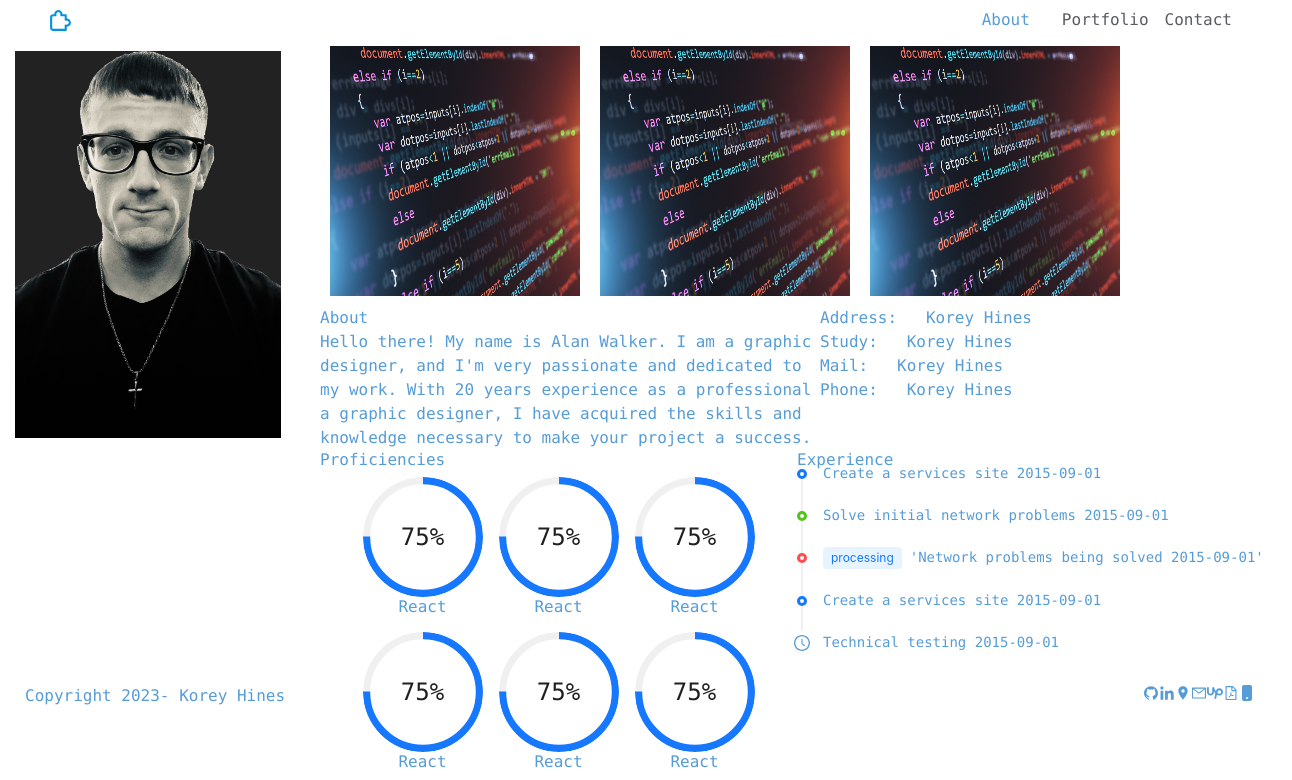
Repository: devkthines/next-portfolio-v2
Page: /about
These files come from the project's save history. The page is drawn as it stood at one moment and after the next save; the edit follows.
The browser window is 1280 px wide. The page is 1292 px wide, so the pictures cover 1292 px, including what lies to the right of the window. The pictures show the whole page.
The project was rebuilt for these pictures with package versions that can differ from the ones it lists, and the page was loaded fresh each time. The framework's server and built-in components were replaced by stand-ins that run in the browser. Also part of the build but not shown: next.config.js.

Above is the page before, as saved 2023-09-25 22:34:39.

### src/app/layout.tsx
import 'bootstrap/dist/css/bootstrap.css';
import './globals.css'
import '../../css/style.css'
import '../../css/mobile.css'
import type { Metadata } from 'next'
import { Inter } from 'next/font/google'
import TopNav from './components/topNav'
import Footer from './components/footer'
import BottomNav from './components/bottomNav'
// Put any other imports below so that CSS from your
// components takes precedence over default styles.
const inter = Inter({ subsets: ['latin'] })

export const metadata: Metadata = {
  title: "&lt;Korey ❤️ Coding/&gt;",
  description: 'Generated by create next app',
  icons: '/puzzle-piece.svg'
}

export default function RootLayout({
  children,
}: {
  children: React.ReactNode
}) {
  return (
    <html lang="en">
      <head>
        <link rel="shortcut icon" href="/puzzle-piece.svg" type="image/x-icon" />
      </head>
      <body className={inter.className}>
        <TopNav />
        {children}
        <Footer />
        <BottomNav />
      </body>
    </html>
  )
}

### src/app/about/page.js
'use client'
import Container from 'react-bootstrap/Container';
import Row from 'react-bootstrap/Row';
import Col from 'react-bootstrap/Col';
import Button from 'react-bootstrap/Button';
import Card from 'react-bootstrap/Card';
import { Progress, Space } from 'antd';
import { ClockCircleOutlined } from '@ant-design/icons';
import { Timeline } from 'antd';
import Image from 'next/image';
import { Descriptions } from 'antd';
import { Divider, Tag } from 'antd'
import { CaretRightOutlined } from '@ant-design/icons'
const items = [
  {
    key: '1',
    label: 'Name',
    children: 'Zhou Maomao',
  },
  {
    key: '2',
    label: 'Telephone',
    children: '209-366-9363',
  },
  {
    key: '3',
    label: 'Study',
    children: 'Software Engineering',
  },
  {
    key: '4',
    label: 'email',
    children: 'dev.kthines@gmail.com',
  },
  {
    key: '5',
    label: 'Address',
    children: 'Lodi, CA',
  },
];




export default function About() {

  return (
    <div id='about'>

      <Row>

        <Col xs={3} id='firstCol' className='d-flex align-items center justify-content-center'>
          <img variant="top" id='aboutImg' src='/images/IMG-update.jpg' /> </Col>
        <Col xs={9}>
          <div>
            <div id='aboutImgs' className='d-flex'>
              <img className='aboutImgs' src="/images/webstorm-vs-vscode.jpeg" alt="" />
              <img className='aboutImgs' src="/images/webstorm-vs-vscode.jpeg" alt="" />
              <img className='aboutImgs' src="/images/webstorm-vs-vscode.jpeg" alt="" />
            </div>
            <div className='d-flex'>
              <div id='abouttext'>
                <span className='spanabout'>About</span>
                <p>Hello there! My name is Alan Walker. I am
                  a graphic designer, and I'm very passionate and dedicated to my work.
                  With 20 years experience as a professional a graphic designer,
                  I have acquired the skills and knowledge necessary to make your project a success.</p>
              </div>
                <ul>
                <li>Address: &nbsp;  Korey Hines</li>
                <li>Study: &nbsp;  Korey Hines</li>
                <li>Mail: &nbsp;  Korey Hines</li>
                <li>Phone: &nbsp;  Korey Hines</li>
                </ul>
            </div>
            <div id='' className='d-flex'>
              <div id='progress'>
                <h1>Proficiencies</h1>
                <div className='d-flex justify-content-center'>
                  <div className='text-center m-2'><Progress strokeLinecap="butt" type="circle" percent={75} /><h6>React</h6></div>
                  <div className='text-center m-2'><Progress strokeLinecap="butt" type="circle" percent={75} /><h6>React</h6></div>
                  <div className='text-center m-2'><Progress strokeLinecap="butt" type="circle" percent={75} /><h6>React</h6></div>
                </div>
                <div className='d-flex justify-content-center'>
                  <div className='text-center m-2'><Progress strokeLinecap="butt" type="circle" percent={75} /><h6>React</h6></div>
                  <div className='text-center m-2'><Progress strokeLinecap="butt" type="circle" percent={75} /><h6>React</h6></div>
                  <div className='text-center m-2'><Progress strokeLinecap="butt" type="circle" percent={75} /><h6>React</h6></div>
                </div>
              </div>
              <div id='timeline'>
                <h1>Experience</h1>
                <Timeline
                  // mode="alternate"
                  items={[
                    {
                      children: 'Create a services site 2015-09-01',
                    },
                    {
                      children: 'Solve initial network problems 2015-09-01',
                      color: 'green',
                    },
                    {
                      color: 'red',
                      children: <><Tag bordered={false} color="processing">
                        processing
                      </Tag>'Network problems being solved 2015-09-01'</>,
                    },
                    {
                      children: 'Create a services site 2015-09-01',
                    },
                    {
                      dot: <ClockCircleOutlined style={{ fontSize: '16px' }} />,
                      children: 'Technical testing 2015-09-01',
                    },
                  ]}
                />
              </div>
              <div>
                </div>
                </div>
           </div>
              </Col>


            </Row>

          </div>
          )
}

### css/style.css
* {
    box-sizing: border-box;
    margin: 0;
    padding: 0;
    font-family: Consolas, "Courier New", monospace;
    /* background-color: #222222; */
    color: #569cd6;

}

body {
    background-color: white;
}

.infoSection {
    /* width: 80vw; */
    height: 90vh;
    /* display: flex; */
    /* justify-content: center; */
    /* margin-bottom: 20vh; */
    background-color: #222222;
    border-bottom: 3px solid #569cd6;
}

#infoCol {
    display: flex;
    justify-content: center;
}

.aboutSection {
    /* width: 80vw; */
    padding-top: 100px;
    /* height: 70vh; */
    background: linear-gradient(#222222, rgb(24, 24, 24));
}

#portrait {
    width: 40vw;
    height: 80vh;
    /* border-radius: 0 0 2rem 2rem; */
}

#portraitCol {
    display: flex;
    justify-content: center;
}

#portrait:hover {
    transform: rotateX(180deg);
}

.imgTest {
    margin: 10px;
}

.imgTest:active {
    flex-grow: 10000;
    transform: scale(1);

    max-width: 600px;
    margin: 0px;
    border-radius: 40px;

    background-size: auto 100%;
}

.tab-content {
    height: 100% !important;
    margin-left: 25% !important;
}

/* .color-change{
    background-color: greenyellow;
} */
.noShow {
    display: none;
}

.buttonShow {
    display: block;
}

#tile1 {
    width: 700px;
    height: 500px;
}

#experience {
    padding-top: 50px;
    height: auto;
}

main {
    display: flex;
    flex-direction: column;
    justify-content: center;
    align-items: center;
}

.middle {
    transition: .5s ease;
    opacity: 0;
    position: absolute;
    top: 50%;
    left: 50%;
    transform: translate(-50%, -50%);
    -ms-transform: translate(-50%, -50%);
    text-align: center;
}

#imageTile1 {
    position: relative;
    width: 40vw;
    height: 70vh;
}

#tile1 {
    width: 100%;
    height: 100%;
}

#imageTile1:hover #tile1 {
    opacity: 0.3;
}

#imageTile1:hover .middle {
    opacity: 1;
}

.text {
    background-color: #04AA6D;
    color: white;
    font-size: 16px;
    padding: 16px 32px;
}

#no-expand {
    display: none;

}

#expandIt {
    display: block;
}

.no-Display {
    display: none;
}

.okToDisplay {
    display: block;
}

a.nav-link {
    color: #569cd6;
}


#topNav {
    background-color: white;
    display: none;
    /* position: fixed; */
    /* top: 0; */
    width: 100%;
    height: 5vh;
}

#footer {
    display: flex;
    justify-content: space-between;
    padding: 0 25px;
}

#bottomNav {
    display: flex;
    position: fixed;
    bottom: 0;
    width: 100%;
    background-color: white;
    font-size: 16px;
}
#about{
    /* margin-top: 10vh; */
    height: 90vh;
    /* overflow: hidden; */
}

#aboutImg{
    width: 100%;
    height: auto;
    padding: 15px 15px 30px;
}
#firstCol{
    width: 25vw;
    height: 60vh;
}
#aboutcard{
    box-shadow: 0 4px 6px rgba(0, 0, 0, .3);
    /* height: fit-content; */
    /* width: 400px; */

}
.interests{
    width: 200px;
    height: 300px;
}
.interestImg{
    width: 200px;
    height: 200px;
}
#abtTop{
    height: 45vh;
}
#abtBtm{
    height: 45vh;
}
#abtLeft{
    /* width: 25vw; */
}
#abtRight{
    /* width: 75vw; */
}
.aboutImgs{
    width: 250px;
    height: 250px;
    margin: 10px;
}
#aboutImgs{

}
.spanabout ::after{
margin-left: 25px;
width: 5000px;
height: 1px;
background-color: #7d7789;
left: 100%;
top: 50%;
}
#abouttext{
width: 500px;
}
#progress{
width: 500px;

}
#timeline{
    width: 500px;
}

### css/mobile.css
@media screen and (min-width: 640px){

    /* background-color: green!important; */
    #portrait{
        width: 500px;
        height: 500px;
        /* border-radius: 0 0 2rem 2rem; */

    }

main{
    /* color: white!important; */
}
}
@media screen and (min-width: 768px){
#portraitCol{

    justify-content: start;
}
#infoCol{
    justify-content: end;
    /* text-align: end; */
}
}
@media screen and (min-width: 1024px){
    #portrait{
        width: 600px;
        height: 600px;
        /* border-radius: 0 0 2rem 2rem; */
    }
    #topNav{
        display:flex ;
    }
    #bottomNav{
        display: none;
    }
}
@media screen and (min-width: 1280px){

}
@media screen and (min-width: 1536px){

}

### src/app/components/topNav.js
'use client';
import Nav from 'react-bootstrap/Nav';
import Image from 'next/image';


export default function TopNav(){

    return(
        <header>
        {/* <Navbar id='topNav' className={`${color ? 'color-change' : ''}`} sticky='top' expand="lg" > */}

        <Nav id='topNav' variant="underline" defaultActiveKey="/home" className='d-flex justify-content-between'>
       <div className='ms-5'><Nav.Item>
          <Nav.Link href="/"><Image width={25} height={25} id='navbrand' src="/puzzle-piece.svg" alt="" /></Nav.Link>
        </Nav.Item></div>
        <div className='d-flex me-5'><Nav.Item className='px-3'>
          <Nav.Link href="/about">About</Nav.Link>
        </Nav.Item>
        <Nav.Item className='px-3'>
          <Nav.Link eventKey="disabled" disabled>
            Portfolio
          </Nav.Link>
        </Nav.Item>
        <Nav.Item>
          <Nav.Link eventKey="disabled" disabled>
            Contact
          </Nav.Link>
        </Nav.Item>
        </div>
      </Nav>
      </header>
    )
} ;

### src/app/components/footer.js
'use client'

import OverlayTrigger from 'react-bootstrap/OverlayTrigger';
import Card from 'react-bootstrap/Card';
import { AiFillGithub } from 'react-icons/ai';
import { GrLinkedinOption } from 'react-icons/gr';
import { MdVolunteerActivism } from 'react-icons/md';
import { IoLogoCss3 } from 'react-icons/io';
import { IoLogoJavascript } from 'react-icons/io';
import { CgGym } from 'react-icons/cg';
import { AiOutlineMail } from 'react-icons/ai';
import { AiOutlineFilePdf } from 'react-icons/ai';
import { BsFillPhoneFill } from 'react-icons/bs';
import { MdLocationOn } from 'react-icons/md';
import { SiUpwork } from 'react-icons/si';
// import PicOfMe from '/images/image_67220481.JPG'
import Container from 'react-bootstrap/Container';
import Row from 'react-bootstrap/Row';
import Col from 'react-bootstrap/Col';
import { useEffect } from 'react';
import Tooltip from 'react-bootstrap/Tooltip';
import $ from 'jquery'

 export default function Footer(){
    const btnName = {
        'gitHub': {
          'id': 1,
          "placement": "bottom",
          "info": "gitHub",
          "icon": <a href="https://github.com/devkthines" target='_blank'>
            <button className='quickLinks'><AiFillGithub /></button></a>
        },
        'linkedIn': {
          'id': 2,
          "placement": "bottom",
          "info": "linkedIn",
          "icon": <a href="https://www.linkedin.com/in/korey-hines-17b0a9263" target='_blank'><button className='quickLinks'><GrLinkedinOption />
          </button></a>
        },
        'gMaps': {
          'id': 3,
          "placement": "bottom",
          "info": "gMaps",
          "icon": <a href="https://goo.gl/maps/BovFkBEjUMQ6VBob9" target='_blank'>
            <button className='quickLinks'><MdLocationOn /></button></a>
        },
        'gMail': {
          'id': 4,
          "placement": "bottom",
          "info": "gMail",
          "icon": <a href="mailto:dev.kthines@gmail.com"><button className='quickLinks'><AiOutlineMail /></button></a>
        },
        'upWork': {
          'id': 5,
          "placement": "bottom",
          "info": "upWork",
          "icon": <a href="https://www.upwork.com/freelancers/~01ae4feb16c6fa7213?viewMode=1" target='_blank'>
            <button className='quickLinks'><SiUpwork /></button></a>
        },
        'redPDF': {
          'id': 6,
          "placement": "bottom",
          "info": "resume",
          "icon": <a className='aLink' target="_blank" href="/files/hinesResume.pdf">
            <button className='quickLinks'><AiOutlineFilePdf /></button></a>
        },
        'phone': {
          'id': 7,
          "placement": "bottom",
          "info": "phone",
          "icon": <a href="tel:2093669363" >  <button className='quickLinks'><BsFillPhoneFill /></button></a>
        }
      }
    return(
        <>
        <footer id='footer'><p>Copyright 2023- Korey Hines</p>
       <div> {Object.entries(btnName).map(([k, v]) => (
                <div className='d-inline-block' key={v.id}>
                  <OverlayTrigger
                    trigger="hover"
                    key={v.id}
                    placement={v.placement}
                    overlay={

                      <Tooltip id={`tooltip-${v.placement}`}>
                        {v.info}
                      </Tooltip>
                    }
                  >
                    {v.icon}
                  </OverlayTrigger>
                </div>))}
</div>
        </footer>
        </>
    )
 }

### src/app/components/bottomNav.js
'use client'
import Nav from 'react-bootstrap/Nav';
import Image from 'next/image';
export default function BottomNav(){

    return(
        <>
        <Nav id='bottomNav' className="justify-content-center" activeKey="/home">
        <Nav.Item>
          <Nav.Link href="/"><Image width={25} height={25} id='navbrand' src="/puzzle-piece.svg" alt="" /></Nav.Link>
        </Nav.Item>
        <Nav.Item>
          <Nav.Link eventKey="link-1">About</Nav.Link>
        </Nav.Item>
        <Nav.Item>
          <Nav.Link eventKey="link-2">Portfolio</Nav.Link>
        </Nav.Item>
        <Nav.Item>
          <Nav.Link eventKey="disabled" disabled>
            Contact
          </Nav.Link>
        </Nav.Item>
      </Nav>
        </>
    )
}

Loaded but not shown: src/app/globals.css (common file); tailwind.config.ts (common file)

After the next save:
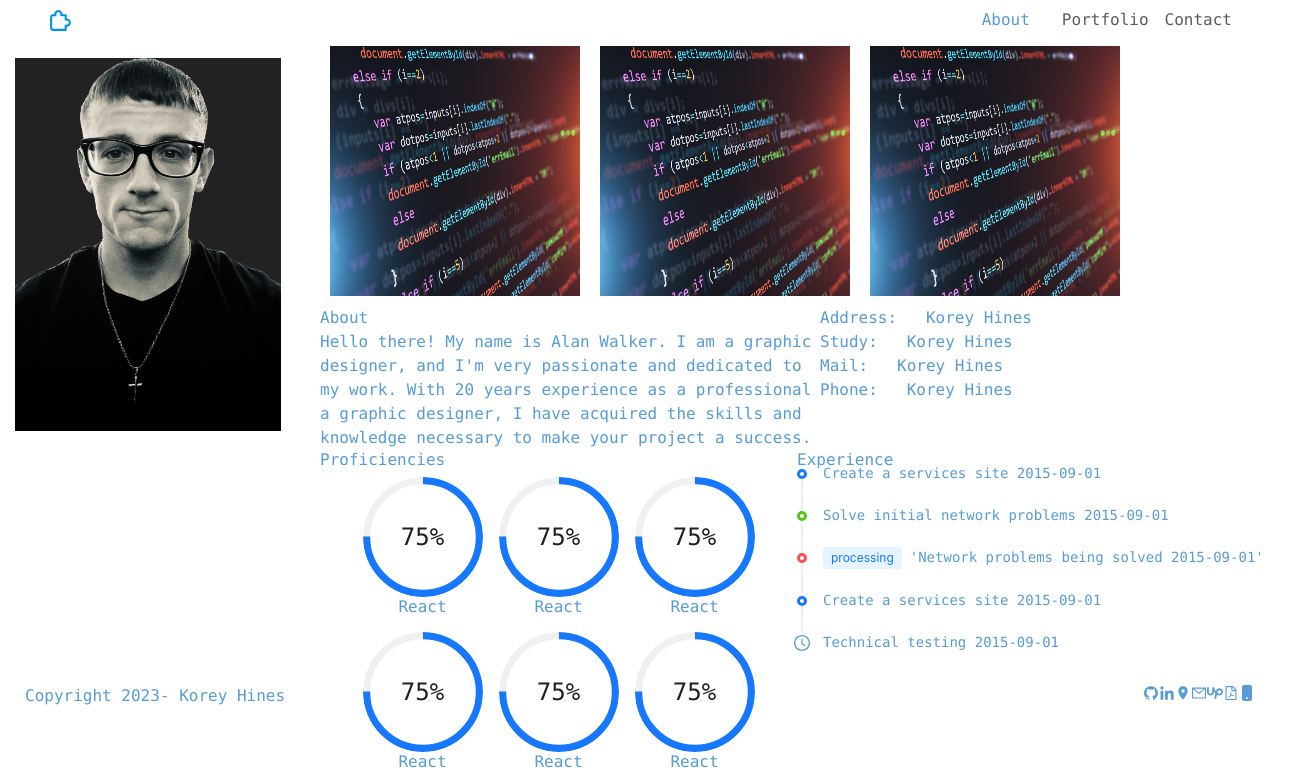
Saved 11 s later.
--- a/src/app/about/page.js
+++ b/src/app/about/page.js
@@ -49,7 +49,7 @@ export default function About() {
 
       <Row>
 
-        <Col xs={3} id='firstCol' className='d-flex align-items center justify-content-center'>
+        <Col xs={3} id='firstCol' className='d-flex align-items-center justify-content-center'>
           <img variant="top" id='aboutImg' src='/images/IMG-update.jpg' /> </Col>
         <Col xs={9}>
           <div>
